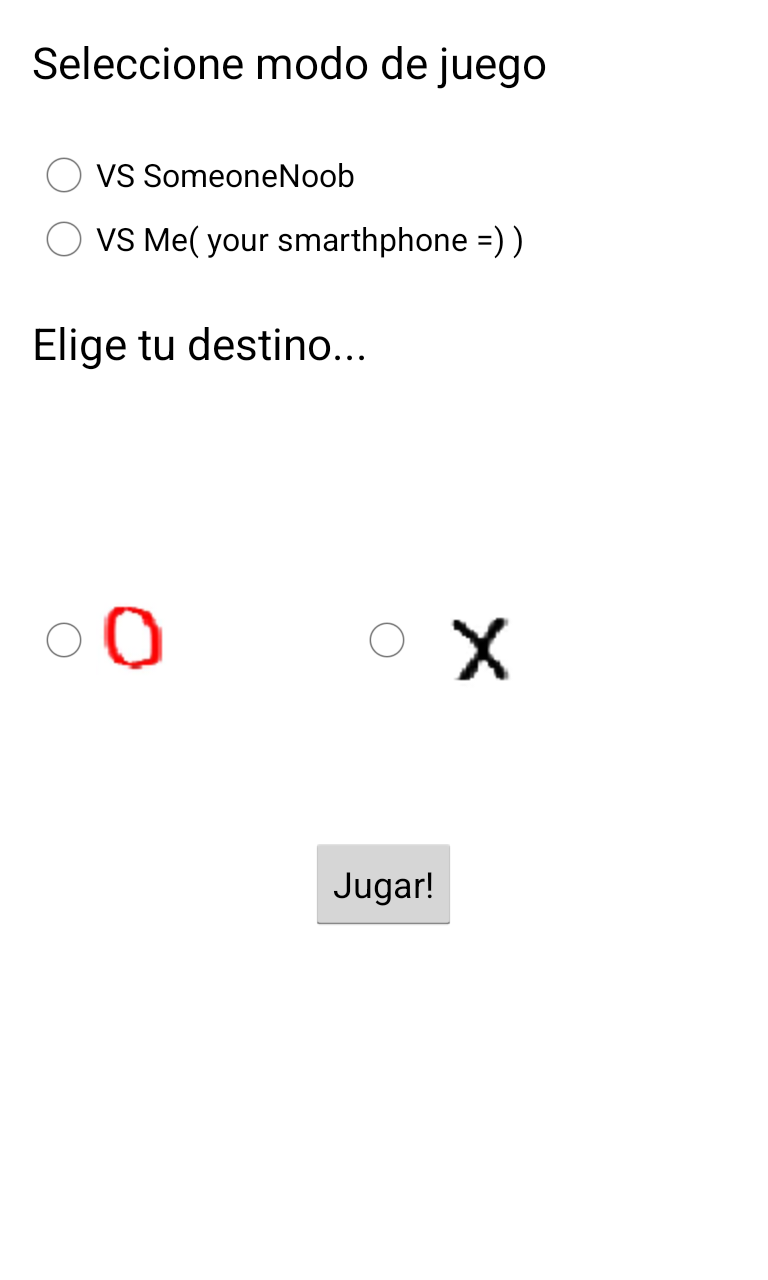
Repository: ivan-yc/miProyecto
Layout: TresEnRaya/res/layout/activity_main.xml
The author's editor kept a copy of each file at every save. The layout is drawn from the files as they stood at one save, then again after the next save.
It is drawn on a 768 x 1280 px phone screen (xhdpi) without system bars, with theme AppTheme; the app's code is not run.

Above is the layout before, as saved 2013-05-16 20:15:49.

### TresEnRaya/res/layout/activity_main.xml
<RelativeLayout xmlns:android="http://schemas.android.com/apk/res/android"
    xmlns:tools="http://schemas.android.com/tools"
    android:layout_width="match_parent"
    android:layout_height="match_parent"
    android:paddingBottom="@dimen/activity_vertical_margin"
    android:paddingLeft="@dimen/activity_horizontal_margin"
    android:paddingRight="@dimen/activity_horizontal_margin"
    android:paddingTop="@dimen/activity_vertical_margin"

    tools:context=".MainActivity" >

    <TextView
        android:id="@+id/textView1"
        android:layout_width="wrap_content"
        android:layout_height="wrap_content"
        android:layout_alignParentLeft="true"
        android:layout_alignParentTop="true"
        android:text="Seleccione modo de juego"
        android:textAppearance="?android:attr/textAppearanceLarge" />

    <RadioButton
        android:id="@+id/radioButton1"
        android:layout_width="wrap_content"
        android:layout_height="wrap_content"
        android:layout_alignLeft="@+id/textView1"
        android:layout_below="@+id/textView1"
        android:layout_marginTop="26dp"
        android:text="VS SomeoneNoob" />

    <RadioButton
        android:id="@+id/radioButton2"
        android:layout_width="wrap_content"
        android:layout_height="wrap_content"
        android:layout_alignLeft="@+id/radioButton1"
        android:layout_below="@+id/radioButton1"
        android:text="VS Me( your smarthphone =) )" />

    <TextView
        android:id="@+id/textView2"
        android:layout_width="wrap_content"
        android:layout_height="wrap_content"
        android:layout_alignLeft="@+id/radioButton2"
        android:layout_below="@+id/radioButton2"
        android:layout_marginTop="21dp"
        android:text="Elige tu destino..."
        android:textAppearance="?android:attr/textAppearanceLarge" />

    <RadioButton
        android:id="@+id/radioButton3"
        android:layout_width="wrap_content"
        android:layout_height="wrap_content"
        android:layout_alignLeft="@+id/textView2"
        android:layout_centerVertical="true"
        android:text="" />

    <ImageView
        android:id="@+id/imageView1"
        android:layout_width="wrap_content"
        android:layout_height="wrap_content"
        android:layout_centerVertical="true"
        android:layout_toRightOf="@+id/radioButton3"
        android:src="@drawable/pCirc" />

    <RadioButton
        android:id="@+id/radioButton4"
        android:layout_width="wrap_content"
        android:layout_height="wrap_content"
        android:layout_alignTop="@+id/imageView2"
        android:layout_toRightOf="@+id/radioButton1" />

    <ImageView
        android:id="@+id/imageView2"
        android:layout_width="wrap_content"
        android:layout_height="wrap_content"
        android:layout_alignRight="@+id/radioButton2"
        android:layout_alignTop="@+id/radioButton3"
        android:src="@drawable/pCruz" />

    <Button
        android:id="@+id/button1"
        android:layout_width="wrap_content"
        android:layout_height="wrap_content"
        android:layout_below="@+id/imageView2"
        android:layout_centerHorizontal="true"
        android:layout_marginTop="74dp"
        android:text="Jugar!" />

</RelativeLayout>

Loaded but not shown: TresEnRaya/res/values/styles.xml (common file); TresEnRaya/res/values-v11/styles.xml (common file); TresEnRaya/res/values-v14/styles.xml (common file); TresEnRaya/res/values/dimens.xml (common file)

After the next save:
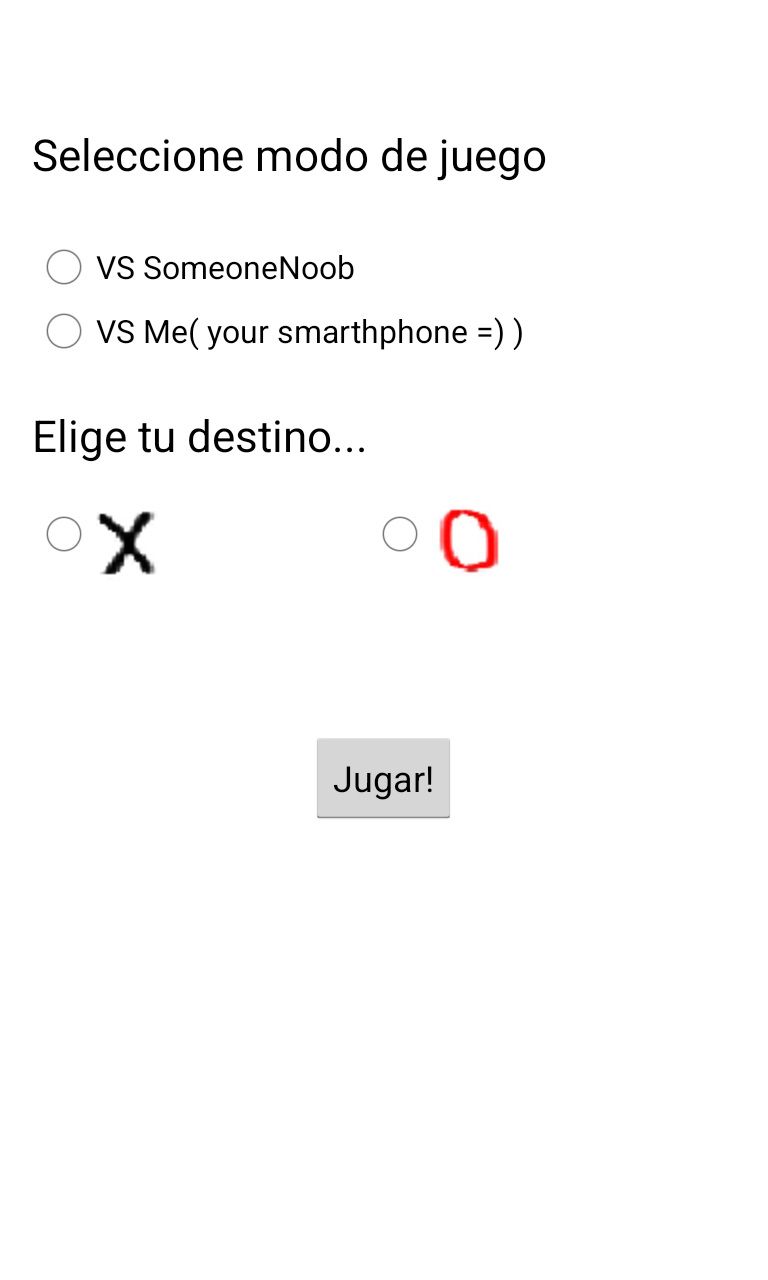
Saved 94 s later.
--- a/TresEnRaya/res/layout/activity_main.xml
+++ b/TresEnRaya/res/layout/activity_main.xml
@@ -6,17 +6,7 @@
     android:paddingLeft="@dimen/activity_horizontal_margin"
     android:paddingRight="@dimen/activity_horizontal_margin"
     android:paddingTop="@dimen/activity_vertical_margin"
-
     tools:context=".MainActivity" >
-
-    <TextView
-        android:id="@+id/textView1"
-        android:layout_width="wrap_content"
-        android:layout_height="wrap_content"
-        android:layout_alignParentLeft="true"
-        android:layout_alignParentTop="true"
-        android:text="Seleccione modo de juego"
-        android:textAppearance="?android:attr/textAppearanceLarge" />
 
     <RadioButton
         android:id="@+id/radioButton1"
@@ -45,37 +35,6 @@
         android:text="Elige tu destino..."
         android:textAppearance="?android:attr/textAppearanceLarge" />
 
-    <RadioButton
-        android:id="@+id/radioButton3"
-        android:layout_width="wrap_content"
-        android:layout_height="wrap_content"
-        android:layout_alignLeft="@+id/textView2"
-        android:layout_centerVertical="true"
-        android:text="" />
-
-    <ImageView
-        android:id="@+id/imageView1"
-        android:layout_width="wrap_content"
-        android:layout_height="wrap_content"
-        android:layout_centerVertical="true"
-        android:layout_toRightOf="@+id/radioButton3"
-        android:src="@drawable/pCirc" />
-
-    <RadioButton
-        android:id="@+id/radioButton4"
-        android:layout_width="wrap_content"
-        android:layout_height="wrap_content"
-        android:layout_alignTop="@+id/imageView2"
-        android:layout_toRightOf="@+id/radioButton1" />
-
-    <ImageView
-        android:id="@+id/imageView2"
-        android:layout_width="wrap_content"
-        android:layout_height="wrap_content"
-        android:layout_alignRight="@+id/radioButton2"
-        android:layout_alignTop="@+id/radioButton3"
-        android:src="@drawable/pCruz" />
-
     <Button
         android:id="@+id/button1"
         android:layout_width="wrap_content"
@@ -85,4 +44,45 @@
         android:layout_marginTop="74dp"
         android:text="Jugar!" />
 
+    <TextView
+        android:id="@+id/textView1"
+        android:layout_width="wrap_content"
+        android:layout_height="wrap_content"
+        android:layout_alignParentLeft="true"
+        android:layout_alignParentTop="true"
+        android:layout_marginTop="46dp"
+        android:text="Seleccione modo de juego"
+        android:textAppearance="?android:attr/textAppearanceLarge" />
+
+    <RadioButton
+        android:id="@+id/radioButton3"
+        android:layout_width="wrap_content"
+        android:layout_height="wrap_content"
+        android:layout_alignLeft="@+id/textView2"
+        android:layout_alignTop="@+id/imageView2" />
+
+    <ImageView
+        android:id="@+id/imageView2"
+        android:layout_width="wrap_content"
+        android:layout_height="wrap_content"
+        android:layout_below="@+id/textView2"
+        android:layout_marginTop="19dp"
+        android:layout_toRightOf="@+id/radioButton3"
+        android:src="@drawable/pCruz" />
+
+    <ImageView
+        android:id="@+id/imageView1"
+        android:layout_width="wrap_content"
+        android:layout_height="wrap_content"
+        android:layout_above="@+id/button1"
+        android:layout_toRightOf="@+id/radioButton4"
+        android:src="@drawable/pCirc" />
+
+    <RadioButton
+        android:id="@+id/radioButton4"
+        android:layout_width="wrap_content"
+        android:layout_height="wrap_content"
+        android:layout_alignTop="@+id/imageView2"
+        android:layout_toRightOf="@+id/textView2" />
+
 </RelativeLayout>
